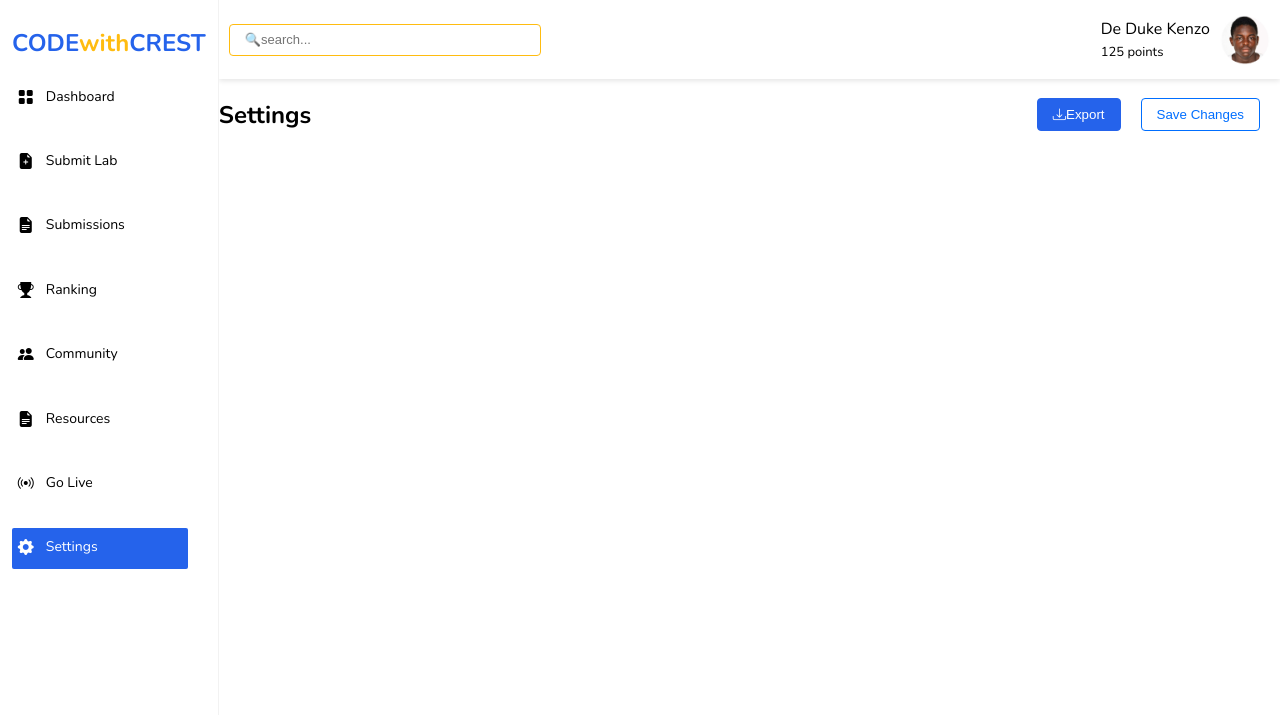
Repository: CarlTeclancing/codewithcrest
Page: /dashboard/settings
The author's editor kept a copy of each file at every save. The page is drawn from the files as they stood at one save, then again after the next save.
The browser window is 1280 px wide. The pictures show the whole page.
The project was rebuilt for these pictures with package versions that can differ from the ones it lists, and the page was loaded fresh each time. Also part of the build but not shown: vite.config.js, src/pages/Dashboard/dashboard.css, globals.js, src/pages/Dashboard/Dashboard.jsx, src/pages/ranking/ranking.css, src/components/UserCard.jsx, src/pages/ranking/Ranking.jsx, src/components/GuideLines.jsx and 18 more.

Above is the page before, as saved 2025-09-10 14:20:57.

### index.html
<!doctype html>
<html lang="en">
  <head>
    <meta charset="UTF-8" />
    <link rel="icon" type="image/svg+xml" href="./src/assets/react.svg" />
    <meta name="viewport" content="width=device-width, initial-scale=1.0" />
    <title>CODEwithCREST</title>
    <link rel="stylesheet" href="https://cdn.jsdelivr.net/npm/bootstrap-icons@1.13.1/font/bootstrap-icons.min.css">
    <!-- fonts-->
     <link rel="preconnect" href="https://fonts.googleapis.com">
     <link rel="preconnect" href="https://fonts.gstatic.com" crossorigin>
     <link href="https://fonts.googleapis.com/css2?family=Nunito:ital,wght@0,200..1000;1,200..1000&display=swap" rel="stylesheet">
  </head>
  <body>
    <div id="root"></div>
    <script type="module" src="/src/main.jsx"></script>
  </body>
</html>

### src/main.jsx
import { StrictMode } from 'react'
import { createRoot } from 'react-dom/client'
import './index.css'
import App from './App.jsx'
import 'react-responsive-modal/styles.css';


createRoot(document.getElementById('root')).render(
  <StrictMode>
    <App/>
  </StrictMode>,
)

### src/index.css
:root {
  /* CSS variables */
   --primary-color: #5B0C4E;
   --primary-color-hover: #5b0c4edc;
   --bg-color: #FFFAFE;
   --bg-white: #ffffff;
   --text-color: #262626;
   --border-color: #93B4FD;
   --bg-tab: #DECADB;

   --pending: #EA5254;
   --completed: #3CDA7D;
   --in-progress: #F9BD3B;

   --primary-white-color: white;
   --primary-black-color: black;
   --primary-error-color: red;
 }

body{
  /* border: solid 1px blue; */
  margin: 0%;
  width: 100%;
  height: auto;
  /* display: flex; */
  /* justify-content: center; */
  font-family: "Nunito", sans-serif;
  font-optical-sizing: auto;
  font-weight: 400;
  font-style: normal;
  overflow-x: hidden;
}
/* .post{
  width: 80%;
  display: flex;
  flex-direction: row;
  flex-wrap: wrap;
  align-items: center;
  justify-content: center;
}
.individual-post{
  width: 500px;
  height: auto;
  background-color: rgba(0, 0, 0, 0.05);
  margin: 12px;
  padding: 24px;
  border-radius: 12px;
  border: 1px solid rgba(0, 0, 0, 0.05);
  color: black;
} */

### src/App.jsx
import React  from 'react'
import { createBrowserRouter, RouterProvider ,Route ,Routes } from 'react-router-dom'

import Dashboard from './pages/Dashboard/Dashboard.jsx'
import Ranking from './pages/ranking/Ranking.jsx'
import Submission from './pages/submission/Submission.jsx'

import SubmitLab from './pages/submitLab/SubmitLab.jsx'
import Community from './pages/community/Community.jsx'
import Resources from './pages/resources/Resources.jsx'
import Assistant from './pages/assistant/Assistant.jsx'
import Login from './pages/auths/login/Login.jsx'
import Register from './pages/auths/register/_Register.jsx'
import PersonalInfo from './pages/auths/register/PersonalInfoForm.jsx'
import Experience from './pages/auths/register/ExperienceForm.jsx'
import Program from './pages/auths/register/ProgramForm.jsx'
import { UserProvider } from './providers/userProvider.jsx'
import DashboardLayout from './Layout/DashboardLayout.jsx'
import Subscribe from './pages/subscribe/Subscribe.jsx'
import GoLive from './pages/golive/GoLive.jsx'
import Setting from './pages/settings/Setting.jsx'

function App() {

  const router = createBrowserRouter([
    {path:'/', element:<Login />},
    // No landing page
    // Auth pages
    {path:'/login',  index:true,element:<Login />},
    {path:'/register', element:<Register />},
    {path:'/personal-information', element:<PersonalInfo />},
    {path:'/program', element:<Program />},
    {path:'/experience', element:<Experience/>},

    // Subscribtion page
    {
      path:'/subscribe',
      element:<Subscribe/>
    },

    // Dashboard pages
    {
      path:'/dashboard',
      element:<DashboardLayout/>,
      children:[
        {
          index:true,
          element:<Dashboard/>
        },
        {path:'submissions', element:<Submission />},
        {path:'submitlab', element:<SubmitLab />},
        {path:'community', element:<Community />},
        {path:'ranking', element:<Ranking />},
        {path:'resources', element:<Resources />},
        {path:'golive', element:<GoLive />},
        {path:'settings', element:<Setting />},

      ]
    },

    // {path:'/ranking', element:<Ranking />},
    // {path:'/bugtracking', element:<BugTracking />},
    // {path:'/hello', element:<Hello />},
    // {path:'/assistant', element:<Assistant />}

  ]);

  return (
    <>
      <UserProvider>
        <RouterProvider router={router} />
      </UserProvider>
    </>
  )
}

export default App

const Temp = () => {
  return(
    <>
      testing temp comp
    </>
  )
}

### src/providers/userProvider.jsx
import React ,{createContext ,useState} from "react";


const UserContext = createContext()

export const UserProvider = ({children}) => {
    const [user ,setUser] = useState()

    return (<UserContext.Provider value={{user:user ,setUser:setUser}}  >{children}</UserContext.Provider>)
}

export default UserContext

### src/Layout/DashboardLayout.jsx
import React from "react";
import Sidebar from "../components/Sidebar";
import { Outlet } from "react-router-dom";
import Header from "../components/Header";
import '../styles/layout.css'


const DashboardLayout = () => {
    return(
        <React.Fragment>
            <div style={{border:'solid 0px blue',display:'flex' }}>
                <Sidebar/>

                <div style={{border:'solid 0px red' ,flex:1 ,display:'flex', flexDirection:'column'}}>
                    <div>
                        <Header/>
                    </div>
                    <div>
                        <Outlet/>
                    </div>
                </div>
            </div>

        </React.Fragment>
    )
}

export default DashboardLayout

### src/pages/settings/Setting.jsx
import React, {useState ,useEffect} from 'react'

function Setting() {
  return (
    <div>
         <div style={{display:'flex', justifyContent:'space-between'}}>
              <h2>Settings</h2>
              <div style={{display:'flex', alignItems:'center'}}>
                <button>
                    <i class="bi bi-download"></i>
                    Export
                </button>
                <button className='btnl'>
                    Save Changes
                </button>
              </div>
        </div>

    </div>
  )
}

export default Setting

### src/pages/submitLab/submitlab.css
.labs-container{
    display: flex;
    flex-direction: column;
    padding: 0px 10px;
    gap: 15px;
}
.lab-info{
    display: flex;
    padding: 20px;
    border-radius: 10px;
    flex-direction: column;
    border: 1px solid rgba(168, 122, 5 ,0.5);
}
.headline{
    display: flex;
    align-items: center;
    justify-content: space-between;
    line-height: 0%;
}
.headline h3{
    /* font-size: x-large; */
    font-weight:800;
}
.bottom-line{
    display: flex;
    align-items: center;
    justify-content: space-between;
    font-size: small;
}
.points{
    font-size: small;
}
.hashtags{
    /* width: auto; */
    border: solid 1px rgba(0,0,255 ,0.3);
    padding: 10px;
    font-size: x-small;
    color: #006EFF;
    border-radius: 6px;
    background-color: #E3F2FD;
}
.inactive-btn{
    color: #2563EB;
    background-color: white;
    border: solid 1px #2563EB;
}
.deadline{
    color: #006EFF;
    margin-right: 25px;
}
.task{
    color: grey;
}
.form-group{
  display: flex;
  align-items:center;
  margin-bottom: 15px;
}
.form-group > div {
  flex: 1; /* Makes both fields take equal space */
  margin-right: 10px;
}
.form-group > div:last-child {
  margin-right: 0; /* Remove margin from the last child */
}
button{
    color: black;
    padding: 5px 8px;
    margin-right: 20px;
}
button:hover, .button.active{
  cursor: pointer;
  border-radius: 2px;
  color: white;
  border: 1px solid #2563EB;
  background-color: #2563EB;
}
.upload{
    padding: 20px;
    width: 60%;
    height: 160px;
    place-self: center;
    display: flex;
    margin: 25px 0;
    border-radius: 5px;
    flex-direction: column;
    text-align: center;
    align-items: center;
    justify-content: center;
    border: 1px dashed black;
}
.upload input{
    padding: 5px 8px;
    place-self: center;
}
.upload span{
 color: #959595;
 font-size: 10px;
}

th{
    color: #959595;
    font-weight: lighter;
    background-color: #E3F2FD;
}
td{
    padding: 8px 15px;
    font-size: 12px;
    font-weight: lighter;
}
.url{
    color: #006EFF;
}
.nav{
    width: 95%;
    display: flex;
    align-items: center;
    justify-content: space-between;
}
label, input::placeholder{
    font-size: 13px;
}
.btnl{
    color: #006EFF;
    background-color: white;
    border: 1px solid #006EFF;
}
.bar a{
    color: black;
    font-weight: 12px;
    margin-left: 25px;
    font-weight: lighter;
    text-decoration: none;
}

### src/pages/community/community.css
.community-page{
    display: flex;
    gap: 20px;
    /* padding-right: 20px; */
}
.form-post span{
    margin-right: 10px;
}
.left-side{
    /* width: 60%; */
    flex: 1;
    display: flex;
    /* margin-right: 20px; */
    flex-direction: column;
}
.right-side{
    width: 250px;
    display: flex;
    flex-direction: column;
    font-size: small;
    gap: 15px;
}
.firstline{
    display: flex;
    align-items: center;
}
.contributor-info{
    display: flex;
    flex-direction: column;
    /* border: solid 1px red; */
    padding: 0;
    margin: 0;
    line-height: normal;
}
.contributors img{
  width: 40px;
  height: 40px;
  background-color: rgba(0,0,0,0.2);
  border-radius: 50%;
  margin-right: 20px;
}
input{
    height: 23px;
}
textarea{
    height: 70px;
}
input, textarea{
    width:90%;
    outline: none;
    padding: 5px 10px;
    border-radius: 3px;
    border: 1px solid #959595;
}
.bottom{
    display: flex;
    align-items: center;
    justify-content: space-between;
}
.add a{
    color: #959595;
    margin-right: 15px;
    text-decoration: none;
}
.bottom button{
    color: white;
    padding: 8px 12px;
    border-radius: 6px;
    border: 1px solid #9b83fc;
    background-color: #9b83fc;
}
.trends{
    display: flex;
    justify-content: space-between;
}
.hashtag{
    color: #9b83fc;
}
.top-contributors{
    display: flex;
    flex-direction: column;
    gap: 7px;
}
.contributors, .top-contributors{
    margin: 0% !important;
}
.contributors{
    display: flex;
    align-items: center;
}
.contributor-point{
    color: #959595;
}
.suggestion{
    padding: 5px 10px;
    margin-bottom: 10px;
    border-radius: 4px;
    background-color: #f3f2f2;
}
.level-name{
    color: #16A34A;
}
.suggestion p, .level-point{
    color: #959595;
}
.post-profile{
    display: flex;
    padding: 10px 0px;
    align-items: center;
    gap: 5px;
}
.form-post{
    padding: 0px 20px;
    border-radius: 3px;
    margin-bottom: 10px;
    border: 1px solid #959595;
}
.post-profile img{
    width: 45px;
    height: 45px;
    background-color: rgba(0,0,0,0.2);
    border-radius: 20px;
}
.post-profile .name{
    font-weight: bold;
}
.post-profile .time{
    font-size: small;
    color: grey;
}
.post-profile-info{
    display: flex;
    flex-direction: column;
}

### src/pages/resources/resource.css
button{
  color: white;
  padding: 8px 15px;
  border-radius: 4px;
  background-color: #2563EB;
  border: 1px solid #2563EB;
}
.library{
    display: flex;
    padding: 10px;
    border-radius: 5px;
    flex-direction: column;
    border: 1px solid rgba(0,0,0,0.2);
}
.nav-link{
    display: flex;
    align-items: center;
    justify-content: space-between;
}
.nav-link a, .bln{
    padding: 5px 10px;
    color: black;
    text-decoration: none;
    border-radius: 5px;
    background-color: #f0efef;
}
.nav-link a:hover{
    color: white;
    background-color: #2563EB;
}
.nav{
    display: flex;
    width: 40%;
    flex-direction: left;
}
.resource-block{
    /* width: 100%; */
    display: flex;
    overflow: hidden;
    justify-content: space-between;
}
.resource-box{
    min-width: 275px;
    height: 150px;
    padding: 0px 15px;
    /* margin-right: 15px; */
    border-radius: 5px;
    /* margin-bottom: 10px; */
    border: 1px solid rgba(0,0,0,0.2);
}
.left-block{
    /* width: 73%; */
    flex: 1;
    /* border: solid 1px red; */
    display: flex;
    gap: 10px;
    row-gap: 0px;
    flex-wrap: wrap;
}
.right-block{
 width: 200px;
 font-size: small;
 display: flex;
 flex-direction: column;
 gap: 10px;
}
.right-bar{
 padding:10px 15px;
 border-radius: 5px;
 border: 1px solid rgba(0,0,0,0.2);
}
.post-profile-info .name{
    margin: 0%;
}
.headline{
    display: flex;
    justify-content: space-between;
    gap: 20px;
}
.headline span{
    /* text-align: center; */
}
.top-value{
    color: #2563EB;
}
.quote{
    color: #2563EB;
    margin-top: 25px;
    padding:10px 15px;
    text-align: center;
    border-radius: 5px;
    background-color: #cce0f4;
    border: 1px solid #2563EB;
}
.goal{
    color: #2563EB;
    text-align: center;
    font-weight: bolder;
}
.weekly{
    text-align: center;
}
.weekly progress{
    background-color: #FFBC10;
}
.weekly progress::-webkit-progress-value {
  background-color: #FFBC10;
  border-radius: 10px;
  height: 8px;
}
.column{
    padding: 5px 10px;
    border-radius: 10px;
    margin-bottom: 10px;
    border-left: 3px solid #FFBC10;
    background-color: #d7e6f5;
}
.column h4{
    margin: 7px;
}
.column p{
    margin: 0%;
    font-size: 12px;
    line-height: 17px;
}
.p{
    color: #959595;
}
.assistant{
    display: flex;
    flex-direction: column;
}
.assistant h1, .assistant p{
    text-align: center;
}
.assistant h1{
    margin: 0%;
}
.assist{
    width: 60%;
    display: flex;
    margin-top: 40px;
    place-self: center;
    flex-direction: column;
}
.box-suggest{
    /* border:solid 1px red; */
    width: 100%;
    display: flex;
    flex-wrap: wrap;
    align-items: center;
    gap: 10px;
    justify-content: space-evenly;
}
.suggest{
    cursor: pointer;
    padding: 20px;
    font-size: smaller;
    color: #2563EB;
    text-align: center;
    border-radius: 5px;
    font-weight: bold;
    border: 1px solid #c3c3c3;
}

### src/components/Sidebar.jsx
import React from 'react'
import { Link  ,useLocation } from 'react-router-dom'
import '../styles/sideBarStyles.css'


function Sidebar() {

   const location = useLocation()

   return (
    <div className='sidebar-admin'>
         <h2 className="logo p-10"><span>CODE</span>with<span>CREST</span></h2>
         <div className="navbar p-10">
               <Link className={`section ${location.pathname === "/dashboard" ? "active" : ""}`} to="/dashboard" >
                  <i className="bi bi-grid-fill"></i>
                  <span className='nav-element'>Dashboard</span>

               </Link>
               <Link className={`section ${location.pathname === "/dashboard/submitlab" ? "active" : ""}`} to="/dashboard/submitlab">
                  <i class="bi bi-file-earmark-plus-fill"></i>
                  <span className='nav-element'>Submit Lab</span>
               </Link>
               <Link className={`section ${location.pathname === "/dashboard/submissions" ? "active" : ""}`} to="/dashboard/submissions">
                  <i class="bi bi-file-earmark-text-fill"></i>
                  <span className='nav-element'>Submissions</span>
               </Link>
               <Link className={`section ${location.pathname === "/dashboard/ranking" ? "active" : ""}`} to="/dashboard/ranking">
                  <i class="bi bi-trophy-fill"></i>
                  <span className='nav-element'>Ranking</span>
               </Link>
               <Link className={`section ${location.pathname === "/dashboard/community" ? "active" : ""}`} to="/dashboard/community">
                  <i class="bi bi-people-fill"></i>
                  <span className='nav-element'>Community</span>
               </Link>
               <Link className={`section ${location.pathname === "/dashboard/resources" ? "active" : ""}`} to="/dashboard/resources">
                  <i class="bi bi-file-earmark-text-fill"></i>
                  <span className='nav-element'>Resources</span>
               </Link>
               <Link className={`section ${location.pathname === "/dashboard/golive" ? "active" : ""}`} to="/dashboard/golive">
                  <i class="bi bi-broadcast"></i>
                  <span className='nav-element'>Go Live</span>
               </Link>
               <Link className={`section ${location.pathname === "/dashboard/settings" ? "active" : ""}`} to="/dashboard/settings">
                  <i class="bi bi-gear-fill"></i>
                  <span className='nav-element'>Settings</span>
               </Link>
         </div>

      </div>
  )
}

export default Sidebar

### src/components/Header.jsx
import React ,{useState ,useEffect} from 'react'
// import  './layout.css'
import Img1 from '../assets/img1.jpg'


function Header() {

  const [showMenu ,setShowMenu] = useState(false)

  useEffect(()=>{
    if(window.innerWidth <= 500){
      setShowMenu(true)
    }
  },[window.innerWidth])
  console.log(showMenu);


  return (
    <div className='head'>
      {/* {showMenu && <div>
          <span className='bi bi-menu'>🍺</span>
      </div>} */}

      {/* <h2 className="logo"><span>CODE</span>with<span>CREST</span></h2> */}
        <div>
          <span style={{display:'flex', alignItems:'center'}}>
            <input type="text"  className='search' placeholder='🔍search...  '/>
          </span>
        </div>

        <div className="profile" style={{cursor:'pointer'}}>
            <p className='name'>De Duke Kenzo<br/><span className='points'>125 points</span></p>
            <img src={Img1} alt="" />
        </div>
    </div>
  )
}

export default Header

### src/styles/layout.css
.guidelines{
  /* border: solid 1px cyan; */
  padding: 5px;
}
.guide{
  width: 250px;
  border-radius: 10px;
  font-size: small;
  border: 1px solid #93B4FD;
  background-color: #F0F9FF;
  padding:10px;
  display: flex;
  flex-direction: column;
  color: grey;
}
.guide h3{
  color: black;
  /* line-height: normal; */
}
.guide ul{
  list-style: none;
}
.guide-container{
  /* width: 100%; */
  display: flex;
  flex-wrap: wrap;
  gap: 15px;
  /* justify-content: space-between; */
}
.guide-container div:first-child{
  border-left: 4px solid var(--primary-color);
}
.guide-container div:nth-child(2){
  border-left: 4px solid var(--primary-error-color);
  /* margin-left: 12px; */
}
.guide-container div:nth-child(3){
  border-left: 4px solid var(--completed);
  /* margin-left: 12px; */
}

.nav-element{
  margin-left: 12px;
  font-size: 14px;
  width: 100%;
}

.head{
  padding: 10px;
  height:59px;
  /* width: 98%; */
  display: flex;
  align-items: center;
  justify-content: space-between !important;
  background-color: #ffffff;
  box-shadow: 0 2px 5px rgba(0, 0, 0, 0.1);
}

.icon{
  margin-right: 10px;
}
.search{
  width: 280px;
  height: 30px;
  outline: none;
  border-radius: 4px;
  border: 1px solid #FFBC10;
  padding: 0 15px;
}
.profile{
  display: flex;
  align-items: center;
}
.profile img{
  width: 50px;
  border-radius: 50%;
  margin-left: 10px;
}

.dashboard-container{
  padding: 10px;
  padding-bottom: 50px;
  /* border: solid 1px green; */
  overflow: auto;
  display: flex;
  flex-direction: column;
  gap: 20px;
}

### src/styles/sideBarStyles.css
.sidebar-admin{
  top: 0;
  max-width: 200px;
  display: flex;
  padding: 12px;
  flex-direction: column;
  background-color: #ffffff;
  scroll-behavior: smooth;
  border-right: solid 1px rgba(0,0,0,0.05);
  /* border: solid 1px red; */
  position: sticky;
  height: 96vh;
}
.sidebar-admin a{
  text-decoration: none;
  color: black;
  margin-bottom: 20px;
  background-color: rgba(255, 255, 255, 0.527);
  border-radius: 3px;
  transition: 0.3s, color 0.3s;
  display: flex;
}
.navbar{
  display: flex;
  flex-direction: column;
  justify-content: space-between;
}
.logo{
 margin:0px;
 font-weight: bolder;
 color: #FFBC10;
 line-height: normal;
 padding: 15px 0px;
}
.logo span{
  color: #2563EB;
}
.section{
  margin: 3px 0;
  width: 85%;
  padding: 5% 3%;
  border-radius: 2px;
}
.section:hover, .section.active{
  cursor: pointer;
  border-radius: 2px;
  color: white;
  background-color: #2563EB;
}

@media screen and (max-width:500px) {
.sidebar-admin{
  border: solid 1px red;
  padding: 0px;
  max-width: 0px;
  overflow: hidden;
}

}

After the next save:
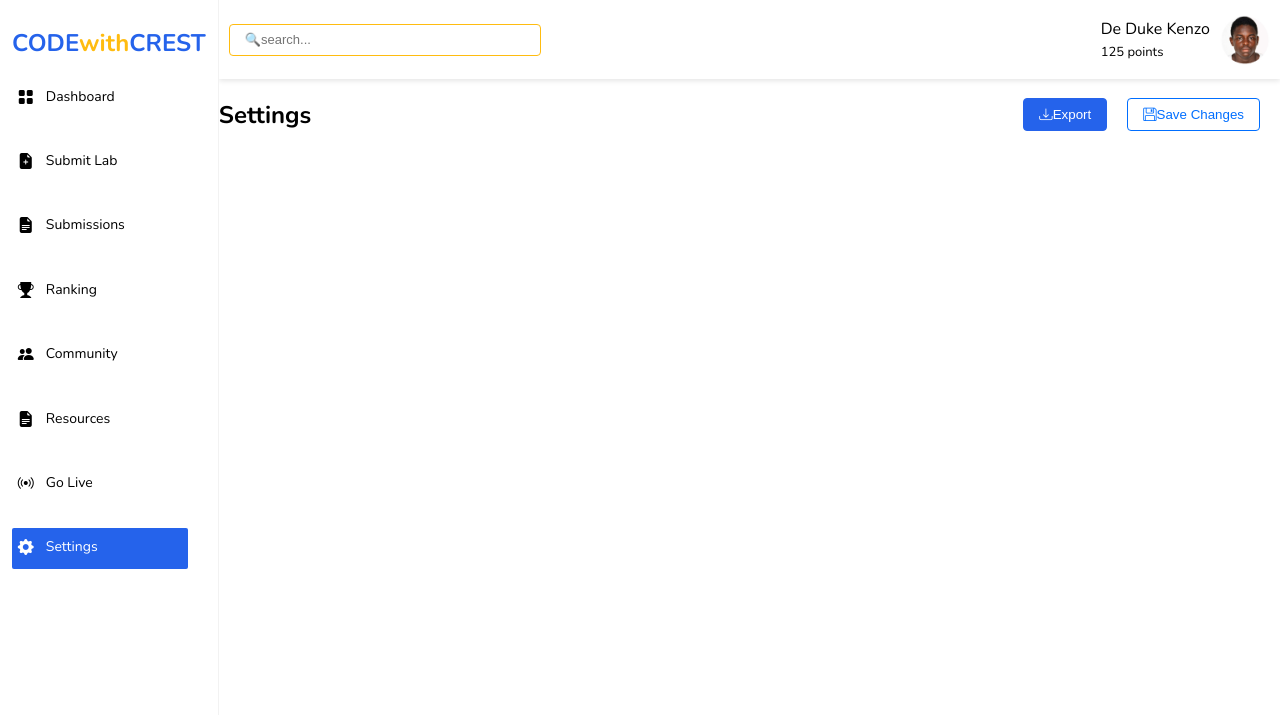
Saved 47 s later.
--- a/src/pages/settings/Setting.jsx
+++ b/src/pages/settings/Setting.jsx
@@ -11,6 +11,7 @@ function Setting() {
                     Export
                 </button>
                 <button className='btnl'>
+                    <i class="bi bi-floppy"></i>
                     Save Changes
                 </button>
               </div>
